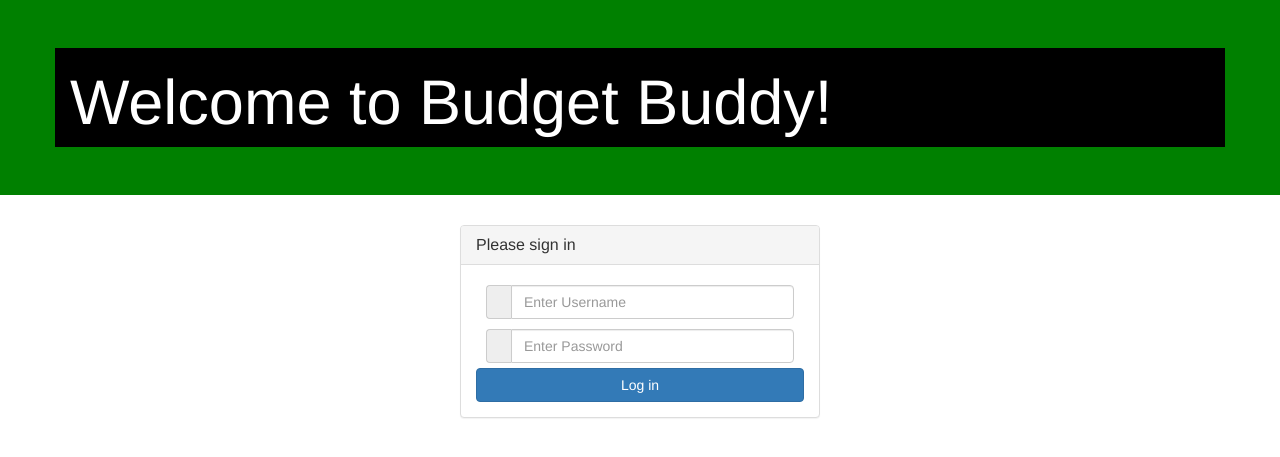
Repository: jdfost1/BudgetBuddy
Page: http://localhost/budgetbuddy/login
The author's editor kept a copy of each file at every save. The page is drawn from the files as they stood at one save, then again after the next save.
The browser window is 1280 px wide. The pictures show the whole page.
Some web libraries are served in a nearby version. The page is served by Tomcat 9.

Above is the page before, as saved 2018-10-09 06:41:10.

After the next save:
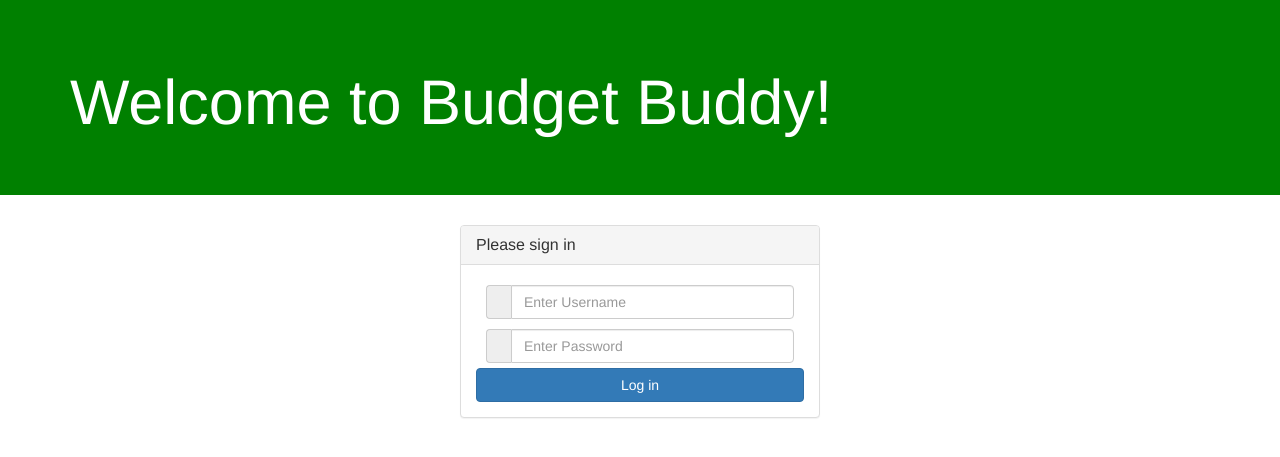
Saved 6 s later.
--- a/budgetbuddy/src/main/webapp/WEB-INF/jsp/login.jsp
+++ b/budgetbuddy/src/main/webapp/WEB-INF/jsp/login.jsp
@@ -12,7 +12,7 @@ background-color:green;
 }
 
 #head1{
-background-color:black;
+background-color:green;
 color:white;
 }
 body{
